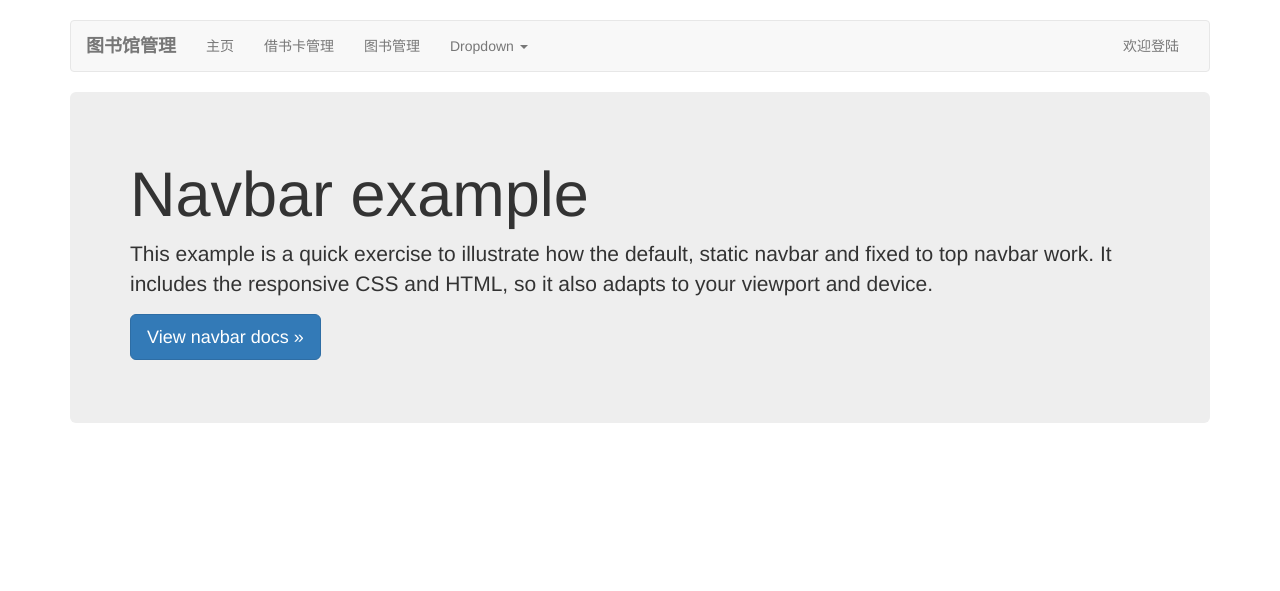
Repository: chaice/code
Page: http://localhost/web6/home
These files come from the project's save history. The page is drawn as it stood at one moment and after the next save; the edit follows.
The browser window is 1280 px wide. The pictures show the whole page.
Some web libraries are served in a nearby version. The page is served by Tomcat 9. The session is filled in as if someone had signed in: {"username": "testuser"}.

Above is the page before, as saved 2016-06-04 08:43:59.

After the next save:
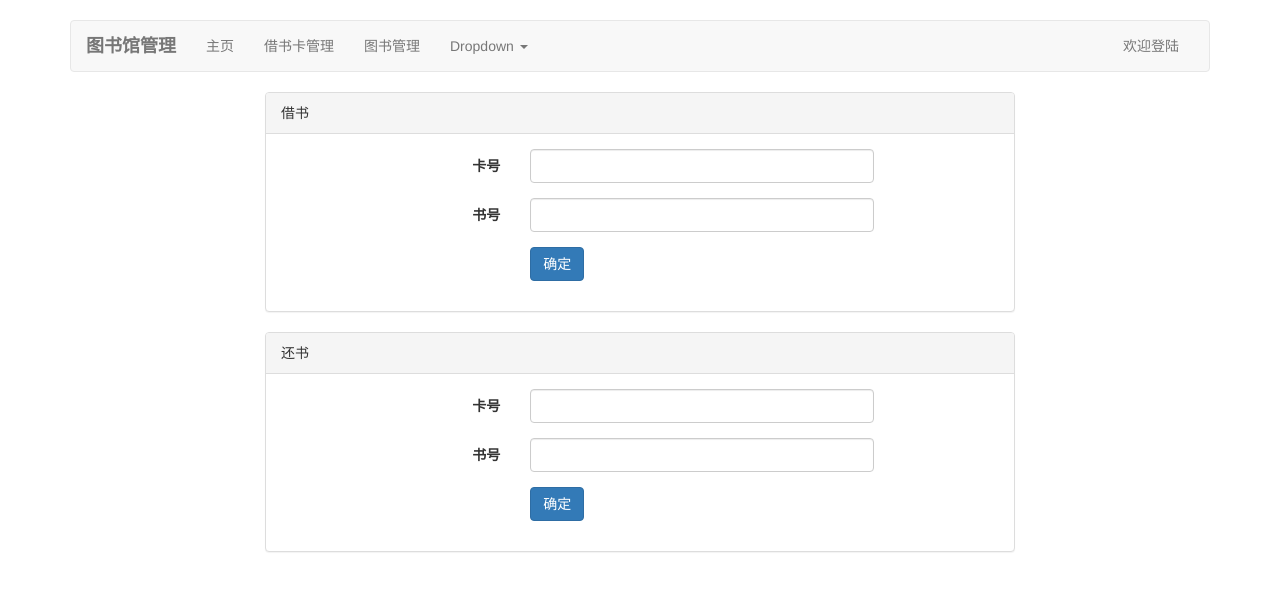
Saved 17 min 29 s later.
--- a/web6/WebContent/WEB-INF/views/home.jsp
+++ b/web6/WebContent/WEB-INF/views/home.jsp
@@ -6,18 +6,82 @@
 <meta charset="UTF-8">
 <title>主页</title>
 <%@ include file="head.jsp"%>
-<div class="jumbotron">
-        <h1>Navbar example</h1>
-        <p>This example is a quick exercise to illustrate how the default, static navbar and fixed to top navbar work. It includes the responsive CSS and HTML, so it also adapts to your viewport and device.</p>
-        <p>
-          <a class="btn btn-lg btn-primary" role="button">View navbar docs &raquo;</a>
-        </p>
-      </div>
+<div class="row">
+	<div class="col-md-8 col-md-offset-2">
+		<div class="panel panel-default">
+			<div class="panel-heading">
+				<span>借书</span>
+			</div>
+			<div class="panel-body">
+				<form class="form-horizontal" role="form" action=""
+					method="post">
+					<div class="form-group">
+						<label class="col-md-4 control-label">卡号</label>
+						<div class="col-md-6">
+							<input type="text" class="form-control" name="cardcode">
+							<span class="help-block" style="display: none;"> </span>
+						</div>
+					</div>
+					<div class="form-group">
+						<label class="col-md-4 control-label">书号</label>
+						<div class="col-md-6">
+							<input type="text" class="form-control" name="bookcode">
+							<span class="help-block" style="display: none;"> </span>
+						</div>
+					</div>
+					<div class="form-group">
+						<div class="col-md-6 col-md-offset-4">
+							<button class="btn btn-primary">
+								<span> <i class="fa fa-btn fa-check-circle"></i>确定
+								</span>
+							</button>
+						</div>
+					</div>
+			</div>
+			</form>
+		</div>
+	</div>
+</div>
+<div class="row">
+	<div class="col-md-8 col-md-offset-2">
+		<div class="panel panel-default">
+			<div class="panel-heading">
+				<span>还书</span>
+			</div>
+			<div class="panel-body">
+				<form class="form-horizontal" role="form" action="" method="post">
+					<div class="form-group">
+						<label class="col-md-4 control-label">卡号</label>
+						<div class="col-md-6">
+							<input type="text" class="form-control" name="cardcode">
+							<span class="help-block" style="display: none;"> </span>
+						</div>
+					</div>
+					<div class="form-group">
+						<label class="col-md-4 control-label">书号</label>
+						<div class="col-md-6">
+							<input type="text" class="form-control" name="bookcode">
+							<span class="help-block" style="display: none;"> </span>
+						</div>
+					</div>
+					<div class="form-group">
+						<div class="col-md-6 col-md-offset-4">
+							<button class="btn btn-primary">
+								<span> <i class="fa fa-btn fa-check-circle"></i>确定
+								</span>
+							</button>
+						</div>
+					</div>
+			</div>
+			</form>
+		</div>
+	</div>
+</div>
 </div>
 <script src="//cdn.bootcss.com/jquery/1.11.3/jquery.min.js"></script>
 <script src="//cdn.bootcss.com/bootstrap/3.3.5/js/bootstrap.min.js"></script>
 <script>
-$("#l1").addClass("active");
+	$("#l1").addClass("active");
 </script>
 </body>
 </html>
